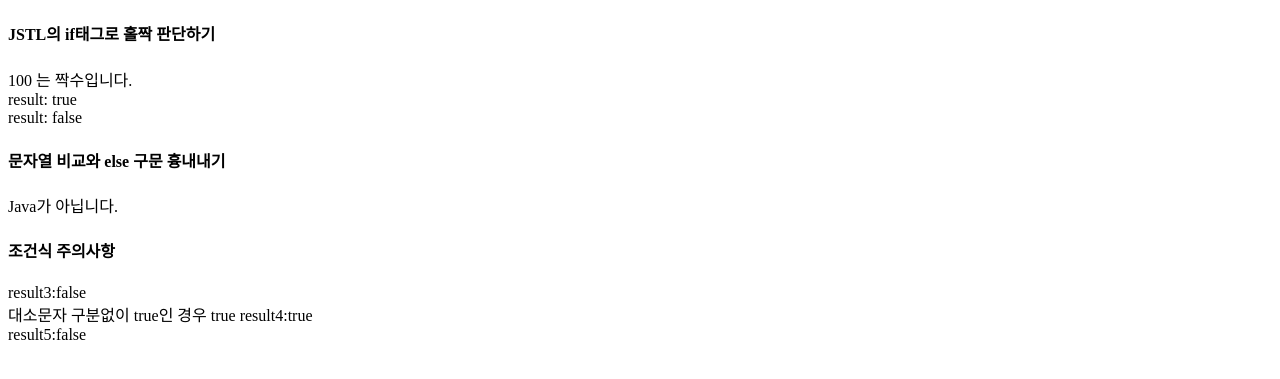
Repository: ssing365/JSPStudy
Page: http://localhost/JSPServlet/11JSTL/core/if.jsp
These files come from the project's save history. The page is drawn as it stood at one moment and after the next save; the edit follows.
The browser window is 1280 px wide. The pictures show the whole page.
The page is served by Tomcat 10. Other server files are loaded and not shown.

Above is the page before, as saved 2024-11-06 06:14:58.

### JSPServlet/src/main/webapp/11JSTL/core/if.jsp
<%@ page language="java" contentType="text/html; charset=UTF-8"
	pageEncoding="UTF-8"%>
<%@ taglib prefix="c" uri="jakarta.tags.core"%>
<!DOCTYPE html>
<html>
<head>
<meta charset="UTF-8">
<title>JSTL - if</title>
</head>
<body>
<!-- if 태그 : 조건을 확인해 실행여부 판단
속성
	test : EL을 이용해 조건식을 삽입한다.
	var : test속성에서 판단한 결과값을 저장한다.
-->
	<!-- 변수선언 -->
	<c:set var="number" value="100"></c:set>
	<c:set var="number2" value="100"></c:set>
	<c:set var="string" value="JSP"></c:set>

	<h4>JSTL의 if태그로 홀짝 판단하기</h4>
	<c:if test="${number mod 2 eq 0 }" var="result">
		${number} 는 짝수입니다.<br />
	</c:if>
	result: ${result }
	<br />
	<c:if test="${number2 mod 2 eq 1 }" var="result2">
		${number2} 는 홀수입니다.<br />
	</c:if>
	result: ${result2 }
	<br />

	<h4>문자열 비교와 else 구문 흉내내기</h4>
	<c:if test="${string eq 'Java' }" var="result2"> 문자열은 Java입니다.</c:if>
	<c:if test="${not result2 }">
	Java가 아닙니다. <br />
	</c:if>

	<h4>조건식 주의사항</h4>
	<c:if test="100" var="result3">EL이 아닌 정수를 지정하면 false</c:if>
	result3:${result3}
	<br />
	<c:if test="tRuE" var="result4">대소문자 구분없이 true인 경우 true</c:if>
	result4:${result4}
	<br />
	<c:if test="${true} " var="result5">EL 양쪽에 공백 있는 경우 false</c:if>
	result5:${result5}
	<br />

</body>
</html>

After the next save:
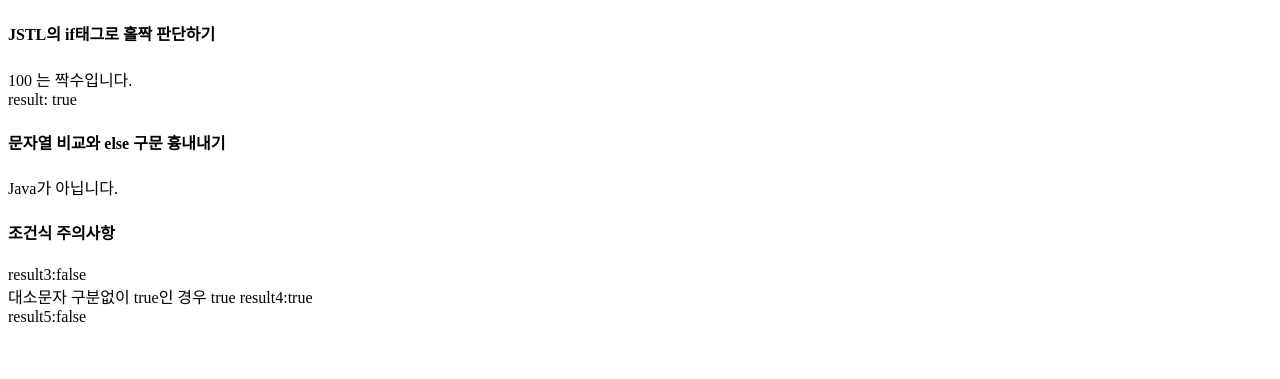
Saved 29 s later.
--- a/JSPServlet/src/main/webapp/11JSTL/core/if.jsp
+++ b/JSPServlet/src/main/webapp/11JSTL/core/if.jsp
@@ -15,7 +15,6 @@
 -->
 	<!-- 변수선언 -->
 	<c:set var="number" value="100"></c:set>
-	<c:set var="number2" value="100"></c:set>
 	<c:set var="string" value="JSP"></c:set>
 
 	<h4>JSTL의 if태그로 홀짝 판단하기</h4>
@@ -23,11 +22,6 @@
 		${number} 는 짝수입니다.<br />
 	</c:if>
 	result: ${result }
-	<br />
-	<c:if test="${number2 mod 2 eq 1 }" var="result2">
-		${number2} 는 홀수입니다.<br />
-	</c:if>
-	result: ${result2 }
 	<br />
 
 	<h4>문자열 비교와 else 구문 흉내내기</h4>
